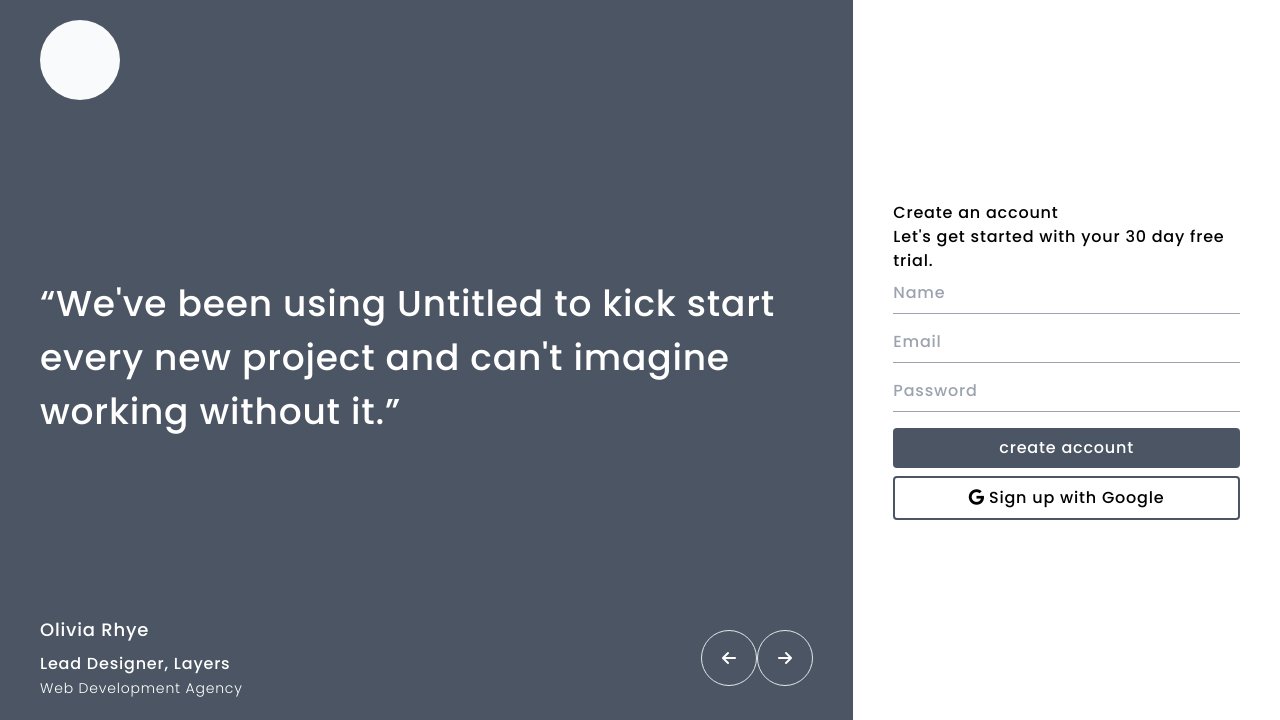
Repository: debthebuilder/youtube-html-contact-form-tailwindcss
Page: contact.html
An editor plug-in stored every save of this project. The page is shown before and after a run of saves, followed by the edit.
The browser window is 1280 px wide. The pictures show the whole page.
Some web libraries are served in a nearby version.

Above is the page before, as saved 2022-08-03 06:01:11.

After the next 2 saves:
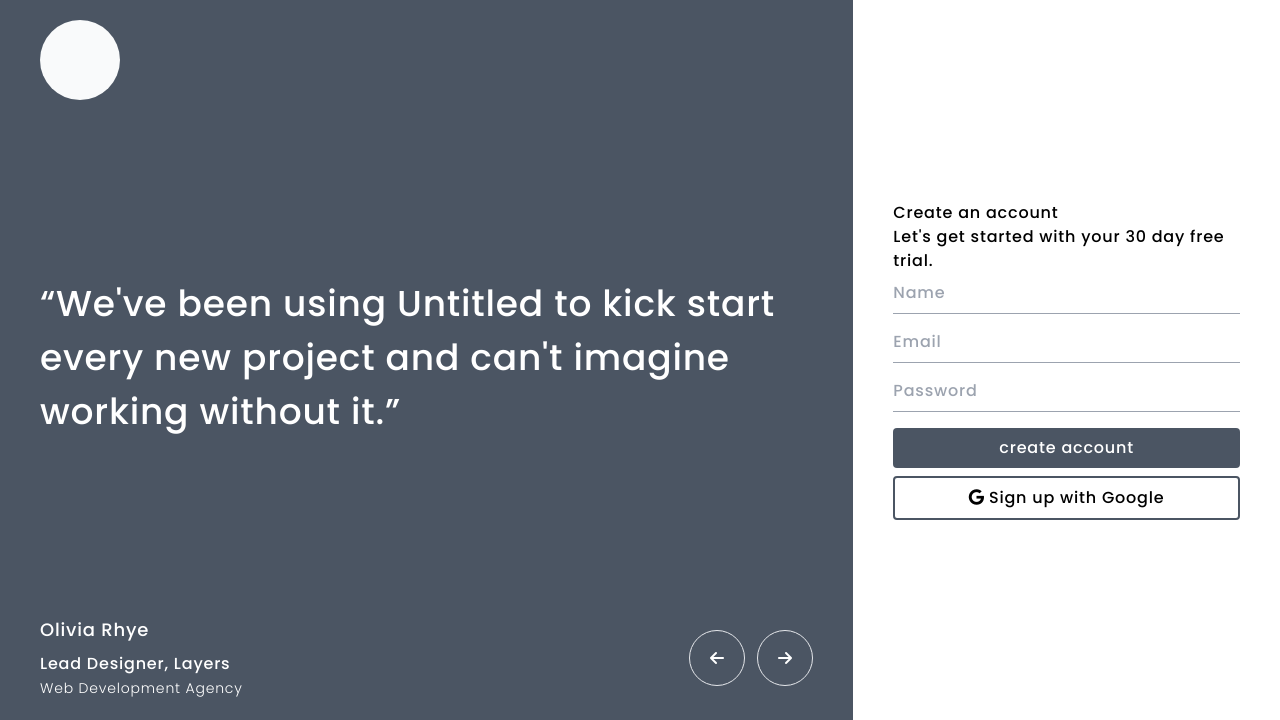
The 2 saves are shown as one change because they came seconds apart.
The last was saved 13 s later.
--- a/contact.html
+++ b/contact.html
@@ -34,7 +34,7 @@
                     <span class="w-14 h-14 flex items-center justify-center border rounded-full">
                         <i class="fa-solid fa-arrow-left"></i>
                     </span>
-                    <span class="w-14 h-14 flex items-center justify-center border rounded-full">
+                    <span class="w-14 h-14 flex items-center justify-center border rounded-full ml-3">
                         <i class="fa-solid fa-arrow-right"></i>
                     </span>
 
